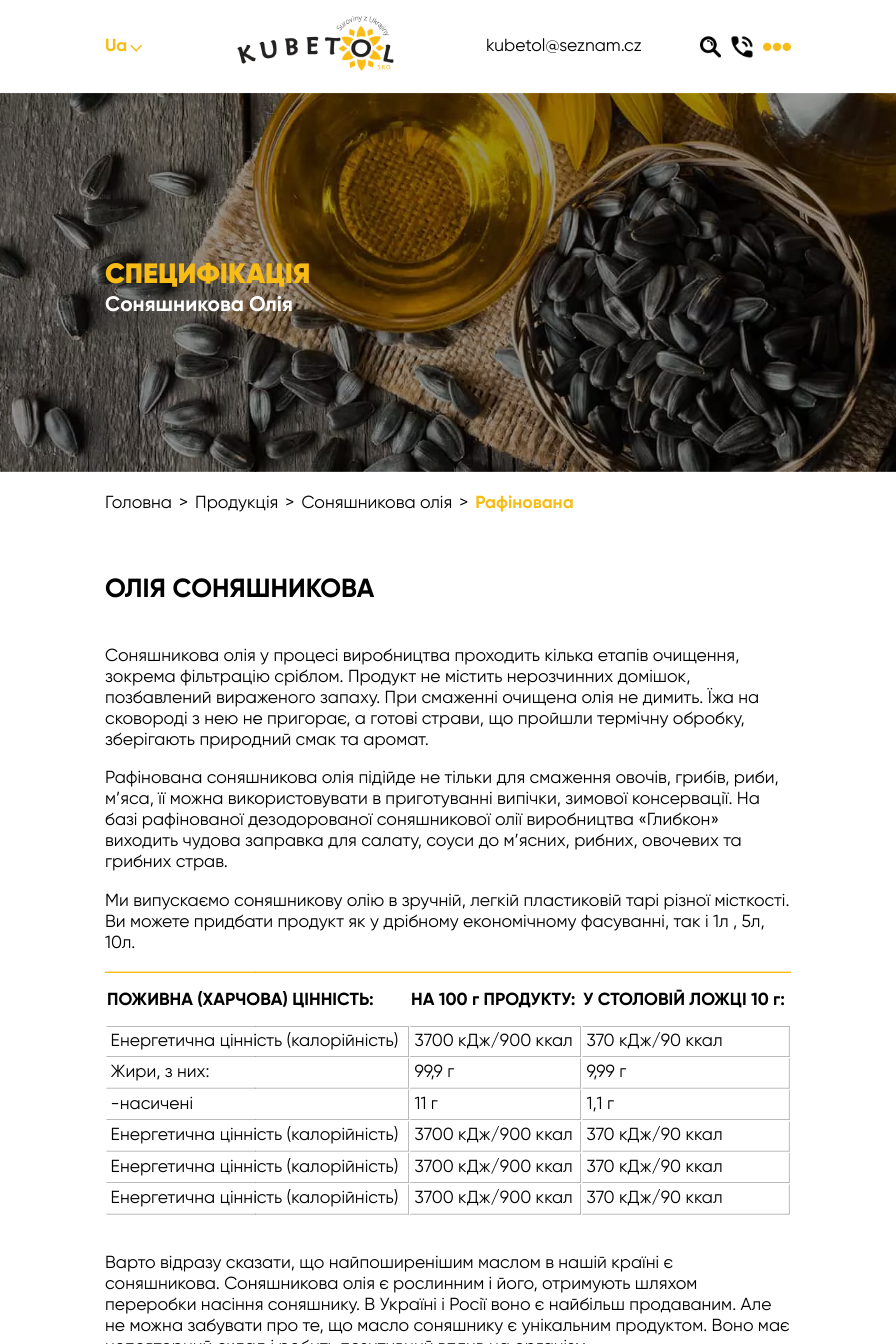
Repository: fanbear/Kubetol
Page: specification.html
The author's editor kept a copy of each file at every save. The page is drawn from the files as they stood at one save, then again after the next save.
The browser window is 1280 px wide. The pictures show the part of the page from y = 0 to 1920 px (the page is 5068 px tall before and 6229 px after), at 70% of full size.

Above is the page before, as saved 2023-05-01 14:32:43.

After the next save:
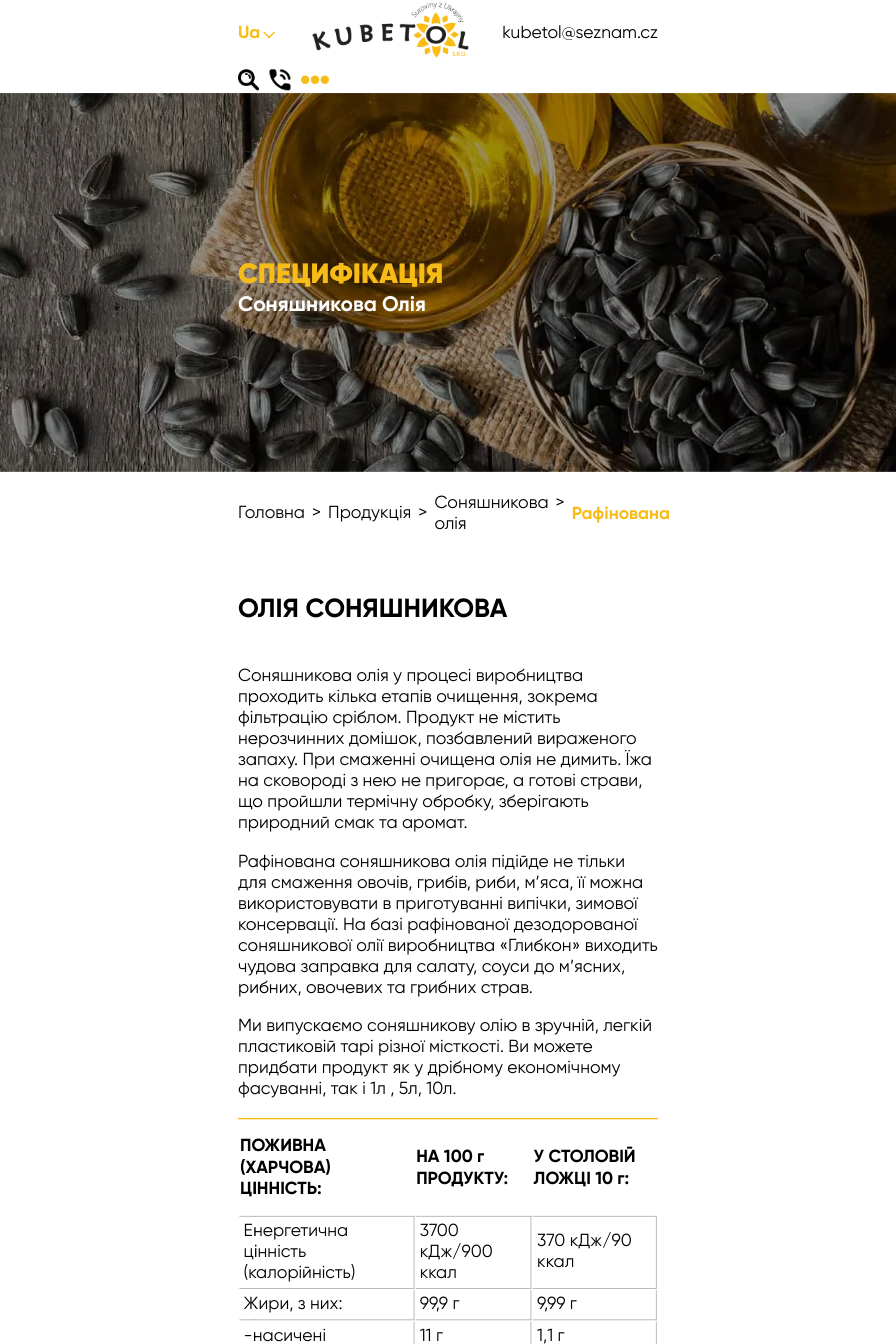
Saved 2 days later.
--- a/css/variables.css
+++ b/css/variables.css
@@ -42,3 +42,10 @@
         --container-padding: 0 20px;
     }
 }
+
+@media (min-width: 600px) and (max-height: 1023.99px) {
+    :root {
+        --width: 600px;
+        --container-padding: 0 10px;
+    }
+}
